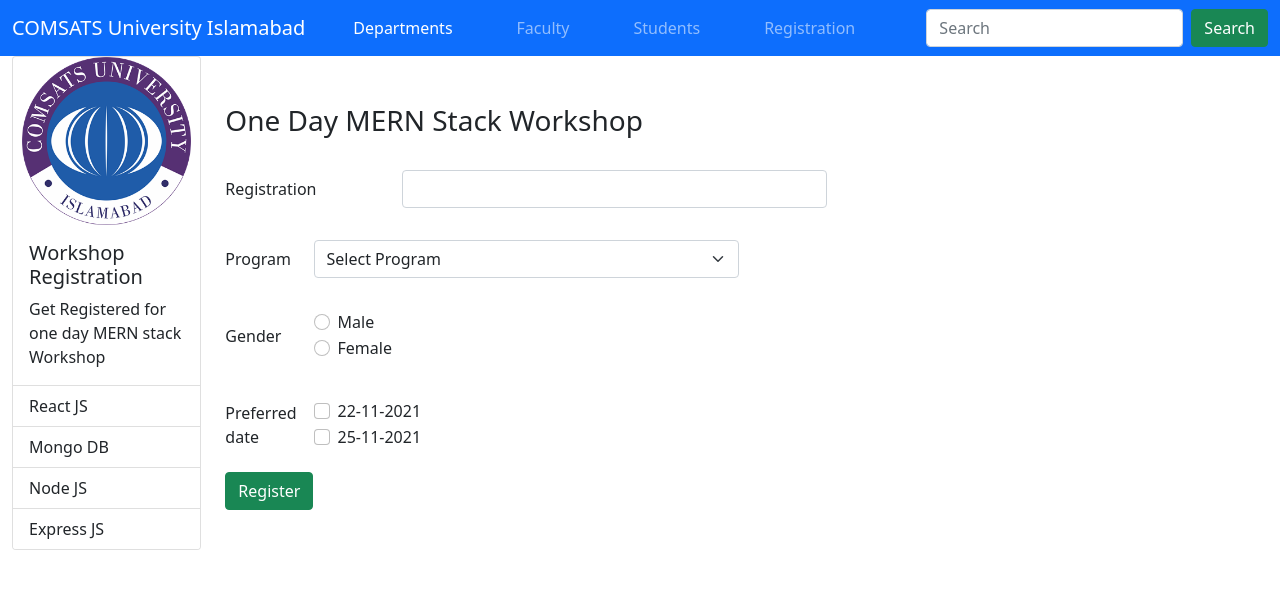
Repository: SaudCh/Web-Mid-Exams
Page: /register
An editor plug-in stored every save of this project. The page is shown before and after the next save, followed by the edit.
The browser window is 1280 px wide. The pictures show the whole page.
The project was rebuilt for these pictures with package versions that can differ from the ones it lists, and the page was loaded fresh each time. Also part of the build but not shown: src/Invalid/invalid.jsx, src/Students/student.jsx.

Above is the page before, as saved 2021-11-26 00:34:44.

### src/App.js
import React from "react";
import {
  BrowserRouter as Router,
  Switch,
  Route,
  Redirect,
} from "react-router-dom";
import "../node_modules/bootstrap/dist/css/bootstrap.min.css";
import "../node_modules/bootstrap/dist/js/bootstrap.bundle.min";
import Header from "./Shared/Header";
import SideBar from "./Shared/SideBar";
import Register from "./Register/register";
import Invalid from "./Invalid/invalid";
import Student from "./Students/student";

export default function App() {
  return (
    <Router>
      <Header />
      <div className="container-fluid">
        <div className="row">
          <div className="col-12 col-md-2">
            <SideBar />
          </div>
          <div className="col-12 col-md-10">
            <Switch>
              <Route path="/" exact>
                <div></div>
              </Route>
              <Route path="/register/" exact>
                <Register />
              </Route>
              <Route path="/invalid/" exact>
                <Invalid />
              </Route>
              <Route path="/list/:register/:program/:gender/:date" exact>
                <Student />
              </Route>
              <Redirect to="/invalid/" />
            </Switch>
          </div>
        </div>
      </div>
    </Router>
  );
}

### src/Shared/Header.jsx
import React from "react";
import { Link } from "react-router-dom";
export default function Header() {
  return (
    <nav class="navbar navbar-expand-lg navbar-dark bg-primary">
      <div class="container-fluid">
        <Link to="/" class="navbar-brand" href="#">
          COMSATS University Islamabad
        </Link>
        <button
          class="navbar-toggler"
          type="button"
          data-bs-toggle="collapse"
          data-bs-target="#navbarSupportedContent"
          aria-controls="navbarSupportedContent"
          aria-expanded="false"
          aria-label="Toggle navigation"
        >
          <span class="navbar-toggler-icon"></span>
        </button>
        <div class="collapse navbar-collapse" id="navbarSupportedContent">
          <ul class="navbar-nav me-auto mb-2 mb-lg-0">
            <li class="nav-item mx-md-4">
              <Link to="/" class="nav-link active" aria-current="page" href="#">
                Departments
              </Link>
            </li>
            <li class="nav-item mx-md-4">
              <Link to="/" class="nav-link" href="#">
                Faculty
              </Link>
            </li>

            <li class="nav-item mx-md-4">
              <Link
                to="/list/sp19-bcs-078/BCS/Male/22-11-201"
                class="nav-link"
                href="#"
                tabindex="-1"
                aria-disabled="true"
              >
                Students
              </Link>
            </li>
            <li class="nav-item mx-md-4">
              <Link
                to="/register/"
                class="nav-link"
                href="#"
                tabindex="-1"
                aria-disabled="true"
              >
                Registration
              </Link>
            </li>
          </ul>
          <form class="d-flex">
            <input
              class="form-control me-2"
              type="search"
              placeholder="Search"
              aria-label="Search"
            />
            <button
              class="btn btn-outline-success btn-success text-white"
              type="submit"
            >
              Search
            </button>
          </form>
        </div>
      </div>
    </nav>
  );
}

### src/Shared/SideBar.jsx
import React from "react";
import logo from "../public/comsats-logo.png";

export default function SideBar() {
  return (
    <div class="card">
      <img
        src={logo}
        class="card-img-top"
        style={{ width: "90%", alignSelf: "center" }}
        alt="..."
      />
      <div class="card-body">
        <h5 class="card-title">Workshop Registration</h5>
        <p class="card-text">Get Registered for one day MERN stack Workshop</p>
      </div>
      <ul class="list-group list-group-flush">
        <li class="list-group-item">React JS</li>
        <li class="list-group-item">Mongo DB</li>
        <li class="list-group-item">Node JS</li>
        <li class="list-group-item">Express JS</li>
      </ul>
    </div>
  );
}

### src/Register/register.jsx
import React, { useRef, useState } from "react";
import { Link, useHistory } from "react-router-dom";
import { Formik, Form, Field } from "formik";
import * as Yup from "yup";

export default function Register() {
  // const handleSubmit = (e) => {
  //   e.preventDefault();

  //   history.push(
  //     `/list/${Registration.current.value}/${Program.current.value}/male/22-11-2021`
  //   );
  // };

  const SignupSchema = Yup.object().shape({
    registration: Yup.string().required("Registration Required"),
    program: Yup.string().required("Program Required"),
    gender: Yup.string().required("Gender Required"),
  });

  return (
    <div className="my-5">
      <h3>One Day MERN Stack Workshop</h3>
      <Formik
        initialValues={{
          registration: "",
          program: "",
          gender: "",
          date: [],
        }}
        validationSchema={SignupSchema}
        onSubmit={(values, { setSubmitting }) => {
          setTimeout(() => {
            console.log(values);
            setSubmitting(false);
          }, 2000);
        }}
        validate={(values) => {
          let error = {};

          // if (!values.registration) {
          //   error.registration = "Registration Number Required";
          // }

          if (values.program === "0") {
            error.program = "Program Required s";
          }

          // if (!values.gender) {
          //   error.gender = "Gender Required";
          // }

          // if (!values.date) {
          //   error.date = "Date Required";
          // }

          return error;
        }}
      >
        {({
          handleSubmit,
          handleChange,
          values,
          errors,
          handleBlur,
          isSubmitting,
        }) => (
          <Form onSubmit={handleSubmit}>
            {/*********Registration********** */}
            <div class="row g-3 align-items-center my-3">
              <div class="col-2">
                <label for="registration" class="col-form-label">
                  Registration
                </label>
              </div>
              <div class="col-5">
                <Field
                  onChange={handleChange}
                  type="text"
                  id="registration"
                  class="form-control"
                  name="registration"
                  value={values.registration}
                  onBlur={handleBlur}
                />
              </div>

              {errors.registration && (
                <div class="alert alert-danger col-7" role="alert">
                  {errors.registration}
                </div>
              )}
            </div>
            {/*********Program****** */}
            <div class="row g-3 align-items-center my-3">
              <div class="col-1">
                <label for="program" class="col-form-label">
                  Program
                </label>
              </div>
              <div class="col-5">
                <Field
                  name="program"
                  as="select"
                  id="program"
                  class="form-select"
                  onChange={handleChange}
                  onBlur={handleBlur}
                >
                  <option value="0">Select Program</option>
                  <option value="BsCS">BsCS</option>
                  <option value="BsCE">BsSE</option>
                </Field>
              </div>
              {errors.program && (
                <div class="alert alert-danger col-7" role="alert">
                  {errors.program}
                </div>
              )}
            </div>
            {/*********Gender****** */}
            <div class="row g-3 align-items-center my-3">
              <div class="col-1">
                <label for="gender" class="col-form-label">
                  Gender
                </label>
              </div>
              <div class="col-5">
                <div class="form-check">
                  <Field
                    class="form-check-input"
                    type="radio"
                    name="gender"
                    value="male"
                    id="gender"
                  />
                  <label class="form-check-label" for="flexRadioDefault1">
                    Male
                  </label>
                </div>
                <div class="form-check">
                  <Field
                    class="form-check-input"
                    type="radio"
                    name="gender"
                    value="female"
                    id="gender"
                  />
                  <label class="form-check-label" for="flexRadioDefault2">
                    Female
                  </label>
                </div>
              </div>
              {errors.gender && (
                <div class="alert alert-danger col-7" role="alert">
                  {errors.gender}
                </div>
              )}
            </div>
            {/*********Date****** */}
            <div class="row g-3 align-items-center my-3">
              <div class="col-1 ">
                <label for="date" class="col-form-label">
                  Preferred date
                </label>
              </div>
              <div class="col-5">
                <div class="form-check">
                  <Field
                    class="form-check-input"
                    type="checkbox"
                    value="22-11-2021"
                    id="flexCheckDefault"
                    name="date"
                  />
                  <label class="form-check-label" for="flexCheckDefault">
                    22-11-2021
                  </label>
                </div>
                <div class="form-check">
                  <Field
                    class="form-check-input"
                    type="checkbox"
                    value="25-11-2021"
                    id="flexCheckChecked"
                    name="date"
                  />
                  <label class="form-check-label" for="flexCheckChecked">
                    25-11-2021
                  </label>
                </div>
              </div>
              {errors.date && (
                <div class="alert alert-danger col-7" role="alert">
                  {errors.date}
                </div>
              )}
            </div>
            {/*********Button********* */}
            <div>
              <button
                disabled={isSubmitting}
                type="submit"
                className="btn btn-success"
              >
                Register
              </button>
            </div>
          </Form>
        )}
      </Formik>
    </div>
  );
}

Loaded but not shown: public/index.html (common file); src/index.js (common file); src/index.css (common file); src/reportWebVitals.js (common file)

After the next save:
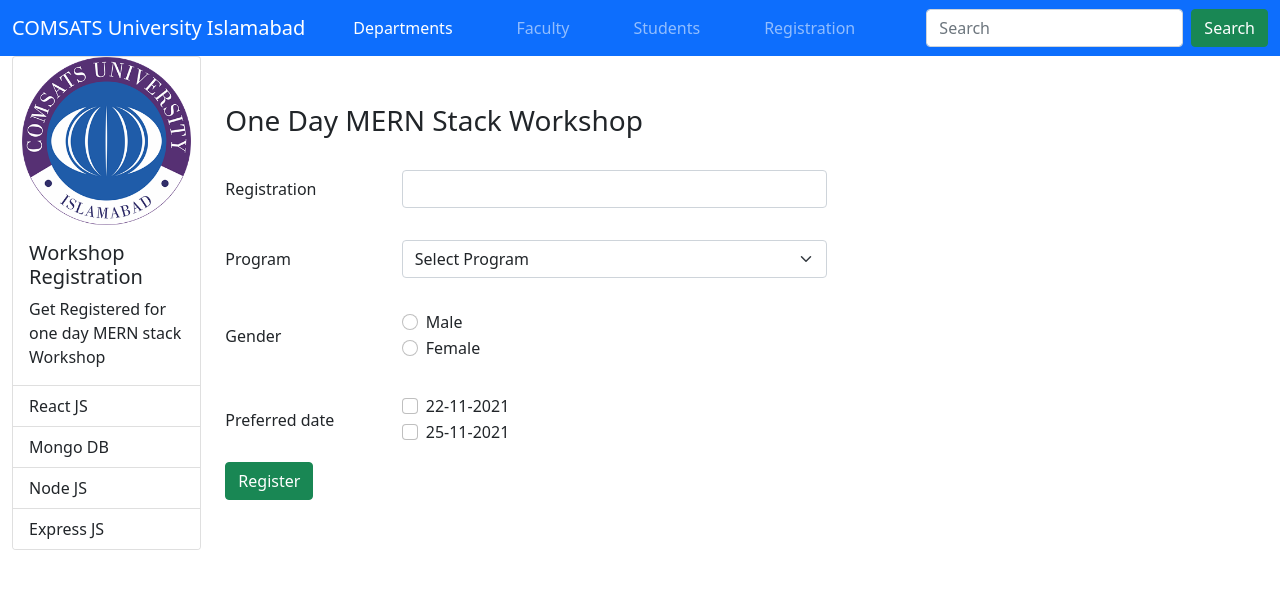
Saved 23 s later.
--- a/src/Register/register.jsx
+++ b/src/Register/register.jsx
@@ -93,7 +93,7 @@
             </div>
             {/*********Program****** */}
             <div class="row g-3 align-items-center my-3">
-              <div class="col-1">
+              <div class="col-2">
                 <label for="program" class="col-form-label">
                   Program
                 </label>
@@ -120,7 +120,7 @@
             </div>
             {/*********Gender****** */}
             <div class="row g-3 align-items-center my-3">
-              <div class="col-1">
+              <div class="col-2">
                 <label for="gender" class="col-form-label">
                   Gender
                 </label>
@@ -159,7 +159,7 @@
             </div>
             {/*********Date****** */}
             <div class="row g-3 align-items-center my-3">
-              <div class="col-1 ">
+              <div class="col-2 ">
                 <label for="date" class="col-form-label">
                   Preferred date
                 </label>
